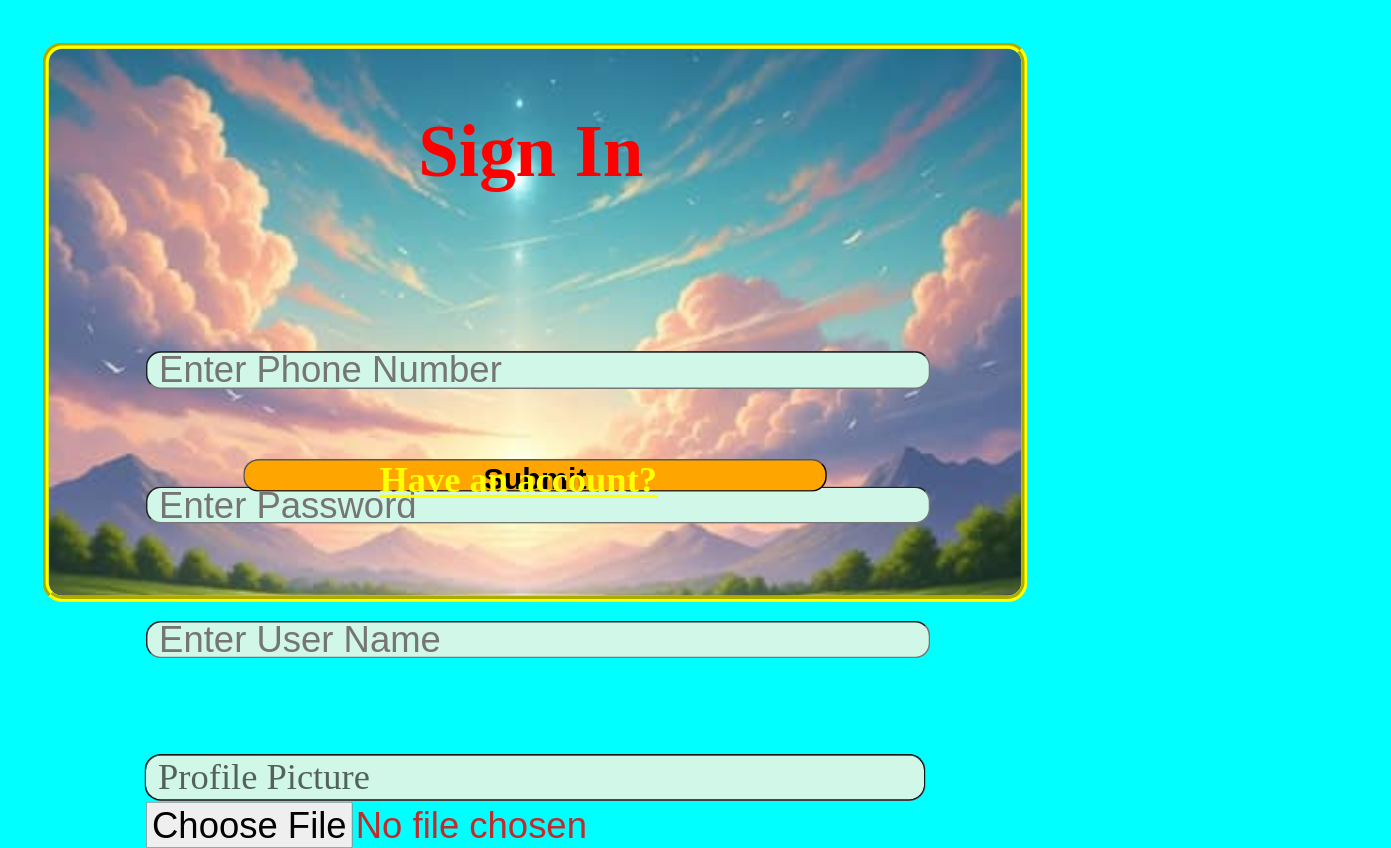
Repository: Amani-Kibet/express-app-web
Page: pages/signup/signIn.html
These files come from the project's save history. The page is drawn as it stood at one moment and after the next save; the edit follows.
The browser window is 1280 px wide. The page is 1830 px wide, so the pictures cover 1830 px, including what lies to the right of the window. The pictures show the whole page, at 76% of full size.

Above is the page before, as saved 2025-09-28 17:47:37.

### pages/signup/signIn.html
<!DOCTYPE html>
<head>
  <meta name="viewport" content="width= device-width, initial-scale=1.0"/>
  <title> Login Page</title>
  <style>
  #board{
    background: url(/pictures/p1.png);
    background-size: cover;
    width: 100%;
    height: 100vh;
    border-radius: 18px;
    outline: 8px groove yellow;
    position: absolute;
    top: 4rem;
    left: 4rem;
  }
  h2{
    color: red;
    position: relative;
    left: 38%;
    font-size: 6rem
  }
  .inputs{
    width: 80%;
    height: 6%;
    position: relative;
    left: 10%;
    margin-top: 10%;
    border-radius: 20px;
    color: blue;
    font-size: 3em;
    background-color: rgb(209, 247, 233);
  }
  #picC{
    display: flex;
    flex-direction: column;
    height: 14%;
    gap: 10%;
    height: 8%;
    outline: 2px groove black;
    color: rgb(194, 43, 43);
  }
  #picI{
    font-size: 1em;
  }
  #picT{
    font-size: 1em;
    opacity: 0.6;
    font-style: normal;
    position: relative;
    left: 1rem;
    color: black;
  }
  #submit{
    background: orange;
    position: absolute;
    width: 60%;
    height: 6%;
    top: 75%;
    left: 20%;
    border-radius: 20px;
    font-size: 2.5em;
    font-weight: bold;
  }
  #msg{
    background: lightblue;
    width: 70%;
    height: 50%;
    border-radius: 10px;
    position: absolute;
    bottom: 30%;
    left: 15%;
    outline: 4px groove yellow;
    display: none;
  }
  .prog{
    border-radius: 100%;
    position: absolute;
    top: 4%;
    left: 4%;
    outline: 20px groove yellow;
    font-size: 8em;
  }
  #prog2{
      transform: rotateY(90deg)
  }
  #progC{
    transform-style: preserve-3d;
    animation: spin 4s ease-in-out infinite;
  }
  #msgT{
    position: relative;
    top: 36%;
    left: 10%;
    color: blue;
    font-weight: bold;
    font-size: 4em;
    width: 80%;
    height: 20%;
  }
  #loginT{
    position: relative;
    top: 20%;
    left: 12%;
    color: rgb(255, 60, 0);
    font-weight: 500;
    font-size: 5em;
    width: 80%;
    height: 25%;
  }
  .links{
    position: absolute;
    font-weight: 800;
    font-size: 3em;
    color: yellow;
    top: 75%;
    left: 34%
  }
  @keyframes spin{
    0%{transform: rotateY(0deg) rotateX(0deg) translateX(0px)}
    50%{transform: rotateY(360deg) rotateX(60deg) translateX(50px)}
    100%{transform: rotateY(0deg) rotateX(0deg) translateX(0px)}
  }
  </style>
</head>
<body bgColor="cyan">
  <div id="board">
    <h2>Sign In</h2>
    <input type="number" class="inputs" id="phoneI" placeholder=" Enter Phone Number">
    <input type="password" class="inputs" id="passI" placeholder=" Enter Password">
    <input type="text" class="inputs" id="nameI" placeholder=" Enter User Name">
    <div id="picC" class="inputs">
      <i id="picT">Profile Picture</i>
    <input id="picI" type="file" name="image">
    </div>
  <button id="submit" onclick="f1()">Submit</button>
  <a class="links" id="link1" href="/pages/signup/logIn.html">Have an account?</a>
    <div id="msg">
      <div id="progC">
        <div id="prog1" class="prog">🔴</div>
      <div id="prog2" class="prog">🟢</div>
      </div>
      <p id="loginT">Please wait...</p>
      <h3 id="msgT">No text returned</h3>
    </div>
  </div>
</body>
<script>
  let bt1= document.getElementById("submit")
  let msgT= document.getElementById("msgT")
  let msg= document.getElementById("msg")

function f1(){
  let phoneI= document.getElementById("phoneI").value;
  let passI= document.getElementById("passI").value;
  let nameI= document.getElementById("nameI").value;
  let picI= document.getElementById("picI").files[0];

  let folder= new FormData()
  folder.append("image", picI)
  folder.append("json", JSON.stringify({phone: `${phoneI}`, pass: `${passI}`, name: `${nameI}`}))


  fetch("/path1", {
    method: "POST",
    body: folder
  })
  .then(type=> type.text())
  .then(data=> {
  msg.style.display="block";
  msgT.innerHTML=`${phoneI} ${data}`
  setTimeout(()=>{
  msg.style.display="none";
  window.location.href="/pages/signup/login.html"
}, 8000);
})

  fetch("/path2", {
    method: "POST",
    body: env
  });

}
</script>
</html>

After the next save:
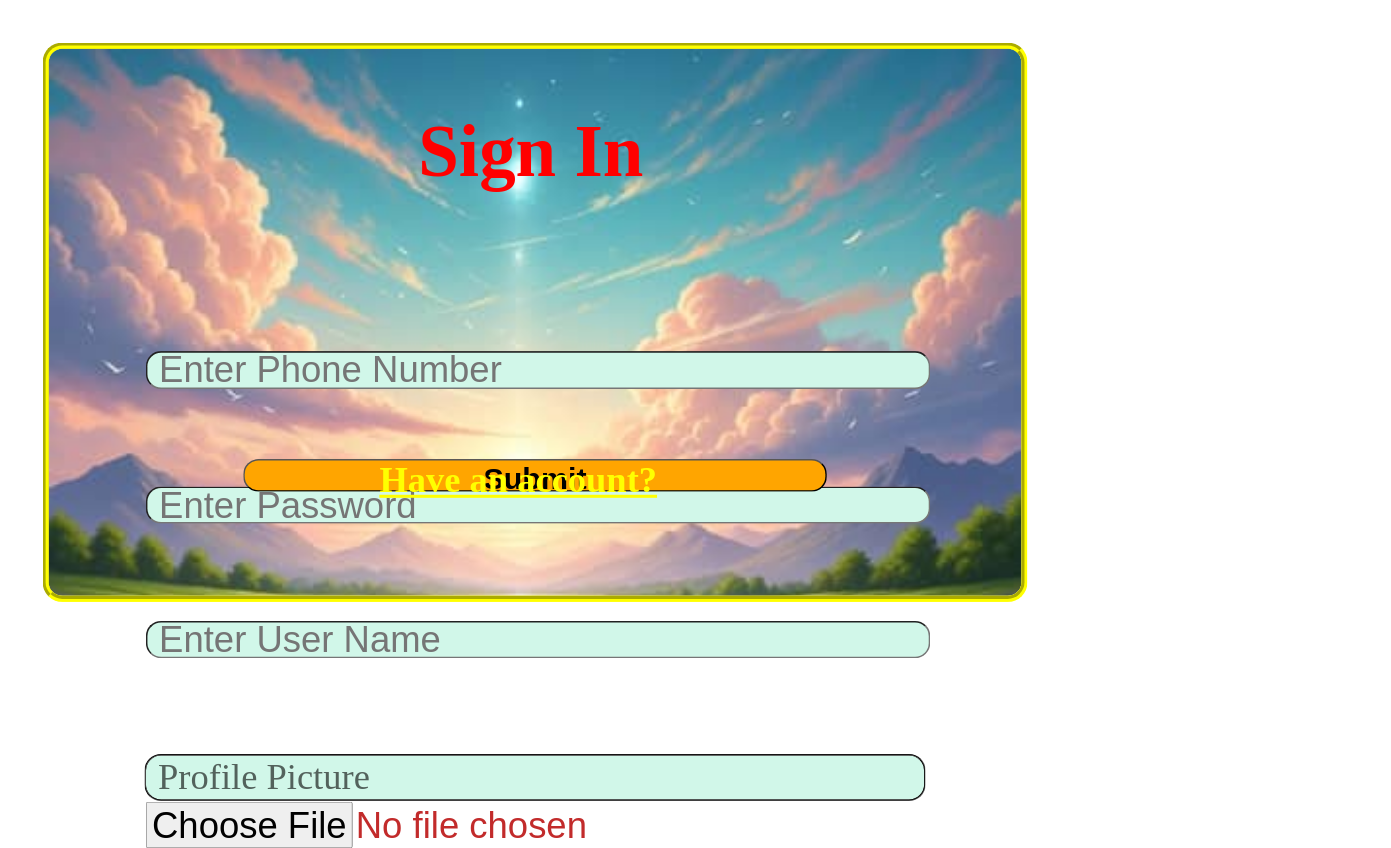
Saved 50 s later.
--- a/pages/signup/signIn.html
+++ b/pages/signup/signIn.html
@@ -3,6 +3,9 @@
   <meta name="viewport" content="width= device-width, initial-scale=1.0"/>
   <title> Login Page</title>
   <style>
+    body{
+
+    }
   #board{
     background: url(/pictures/p1.png);
     background-size: cover;
@@ -123,7 +126,7 @@
   }
   </style>
 </head>
-<body bgColor="cyan">
+<body>
   <div id="board">
     <h2>Sign In</h2>
     <input type="number" class="inputs" id="phoneI" placeholder=" Enter Phone Number">

After the save that followed:
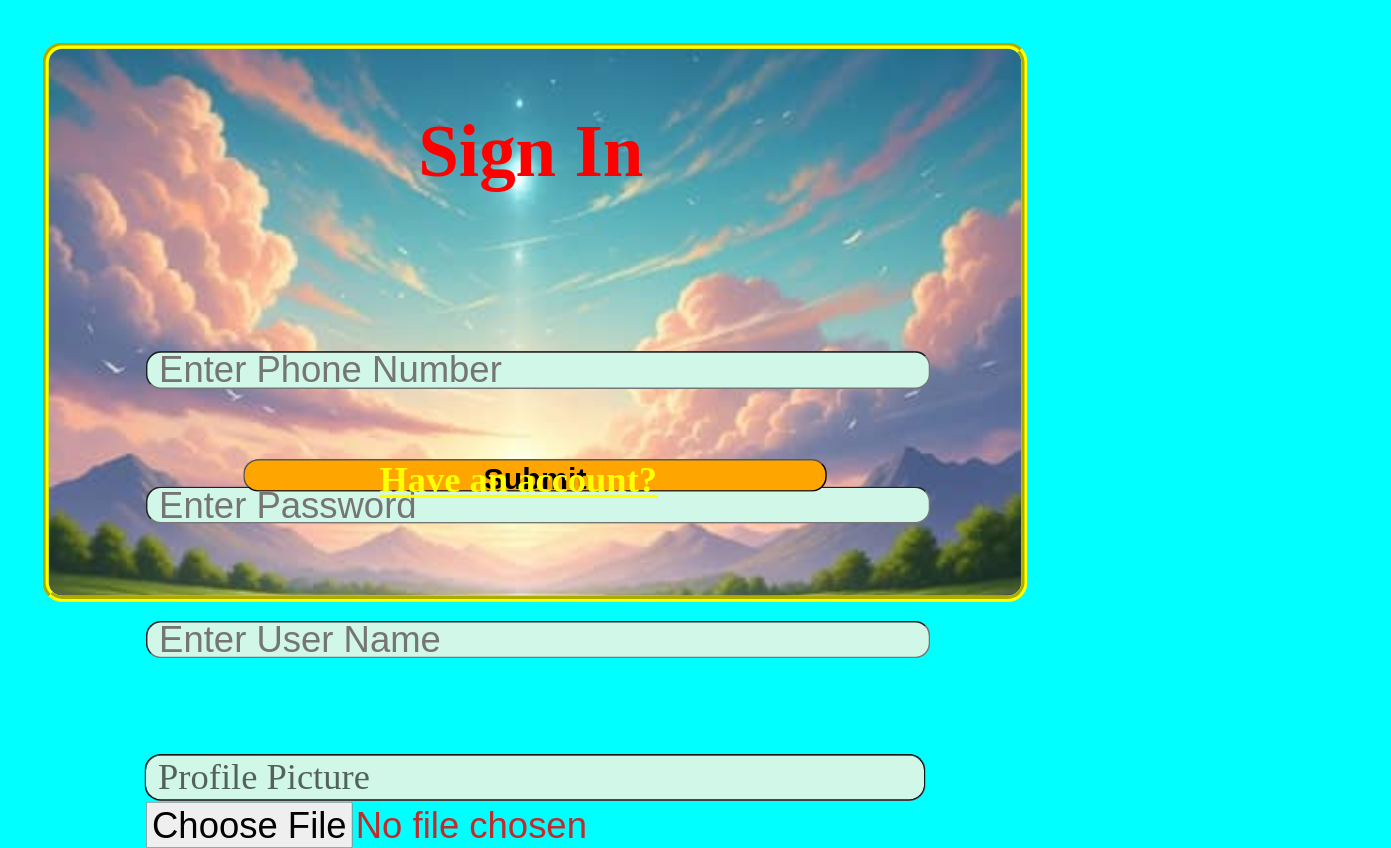
Saved 33 s later.
--- a/pages/signup/signIn.html
+++ b/pages/signup/signIn.html
@@ -4,7 +4,8 @@
   <title> Login Page</title>
   <style>
     body{
-
+      background-color: cyan;
+      width: 10vw
     }
   #board{
     background: url(/pictures/p1.png);
